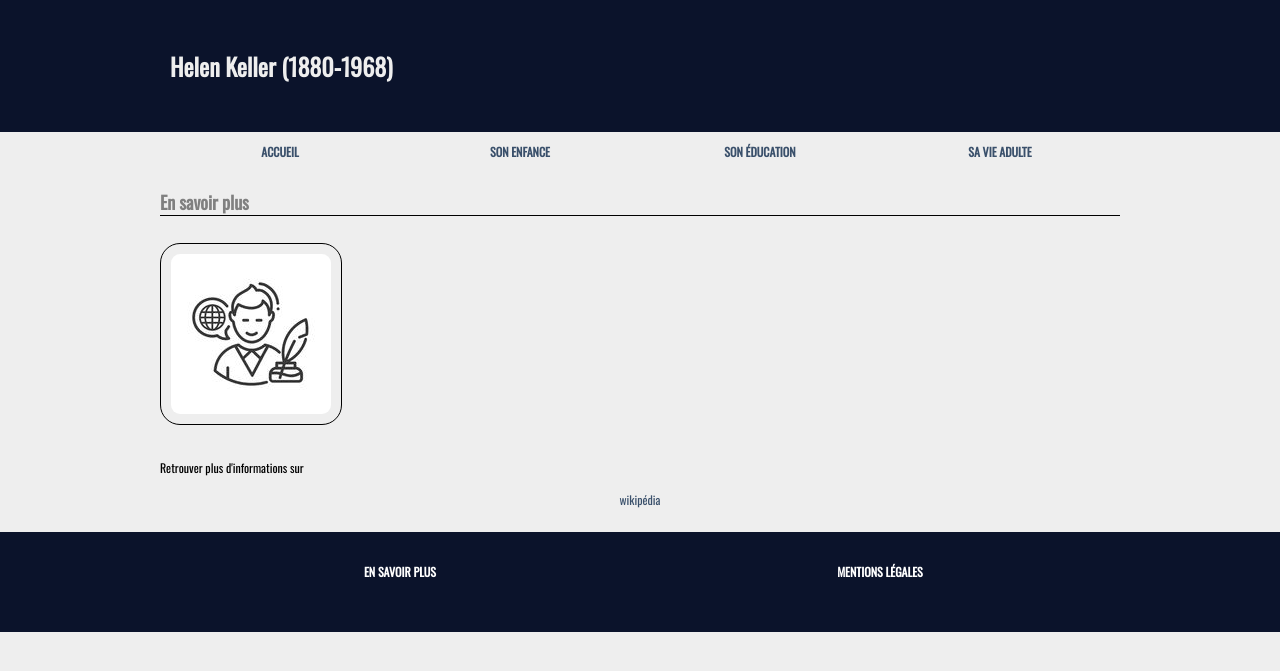
Repository: Luc010/Exercices
Page: HTML CSS/biographie_helen_keller/savoirplus.html
The author's editor kept a copy of each file at every save. The page is drawn from the files as they stood at one save, then again after a run of saves.
The browser window is 1280 px wide. The pictures show the whole page.

Above is the page before, as saved 2019-09-04 16:54:48.

### HTML CSS/biographie_helen_keller/savoirplus.html
<!DOCTYPE html>
<html lang="fr">
<head>
    <title>Biographie Helen Keller - En savoir plus</title>
    <meta charset="UTF-8">
    <meta name="viewport" content="width=device-width, initial-scale=1.0">
    <meta http-equiv="X-UA-Compatible" content="ie=edge">
    <link href="style.css" rel="stylesheet">
</head>
<body>
    <header>
        <div class="container">
            <h1>Helen Keller (1880-1968)</h1>
        </div>
    </header>
    <nav>
        <ul>
            <li><a href="index.html">Accueil</a></li>
            <li><a href="enfance.html">Son enfance</a></li>
            <li><a href="education.html">Son éducation</a></li>
            <li><a href="adulte.html">Sa vie adulte</a></li>
        </ul>
    </nav>
    <main>
        <div class="container">
            <h2>En savoir plus</h2>
            <p><img src="img/hk8.jpg" alt="icone biographie"></p>
            <p>Retrouver plus d'informations sur <a href="https://fr.wikipedia.org/wiki/Helen_Keller"
                    target="_blank">wikipédia</a></p>
        </div>
    </main>
    <footer>
        <div class="container">
            <!-- ul>li*5>a{lien$} -->
            <ul>
                <li class="m-foot"><a href="savoirplus.html">En savoir plus</a></li>
                <li class="m-foot"><a href="mentions.html">Mentions légales</a></li>
            </ul>
        </div>
    </footer>
</body>
</html>

### HTML CSS/biographie_helen_keller/style.css
@import url('https://fonts.googleapis.com/css?family=Oswald&display=swap');
body{
    margin: 0;
    padding: 0;
    background-color: #eee;
    font-size: 12px;
    font-family: 'Oswald',corbel,calibri,sans-serif;
}
header, footer{
    background-color: #0b132b;
    width: inherit;
    min-height: 100px;
    line-height: 100px;
    margin-left: auto;
    margin-right: auto;
}
h1{
    color: #eee;
    text-indent: 10px;
}
h2{
    color: grey;
    border-bottom: 1px solid black;
}
p{
    /* Pourcentage plus simple à gérer, interligne (utilité: bcp de text) */
    line-height:200%;
}
img{
    border: 1px solid black;
    border-radius: 20px;
    padding: 10px;
}
.container {
    display: flex;
    flex-direction: column;
    width: 960px;
    margin-left: auto;
    margin-right: auto;
}
nav {
    min-height: 40px;
    position: sticky;
    top: 0;
    width: 960px;
    margin-left: auto;
    margin-right: auto;
}
ul, li {
    margin: 0;
    padding: 0;
    list-style: none;
}
ul {
    display: flex;
}
li {
    width: 100%;
    margin-bottom: 2px;
    height: 40px;
    font-weight: bold;
    text-transform: uppercase;
}
a {
    color: #3a506b;
    text-decoration: none;
    display: block;
    height: 40px;
    line-height: 40px;
    text-align: center;
    background-color: #eee;
}
a:hover {
    color: white;
    background-color: black;
}
.m-foot{
    margin-top: 20px;
}
.m-foot > a{
    background-color: transparent;
    color: white;
}
.m-foot > a:hover{
    background-color: transparent;
    border-bottom: white 2px solid;
}

After the next 2 saves:
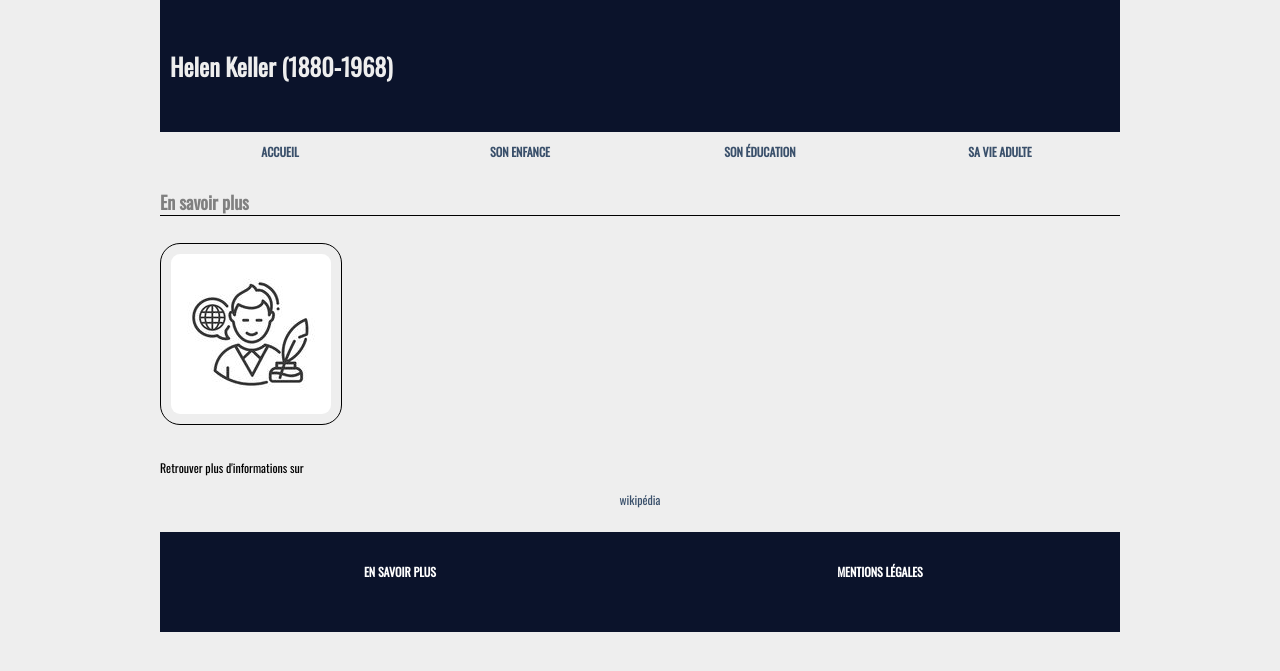
The 2 saves are shown as one change because they came seconds apart.
The last was saved 12 s later.
--- a/HTML CSS/biographie_helen_keller/style.css
+++ b/HTML CSS/biographie_helen_keller/style.css
@@ -8,7 +8,7 @@ body{
 }
 header, footer{
     background-color: #0b132b;
-    width: inherit;
+    width: 960px;
     min-height: 100px;
     line-height: 100px;
     margin-left: auto;
